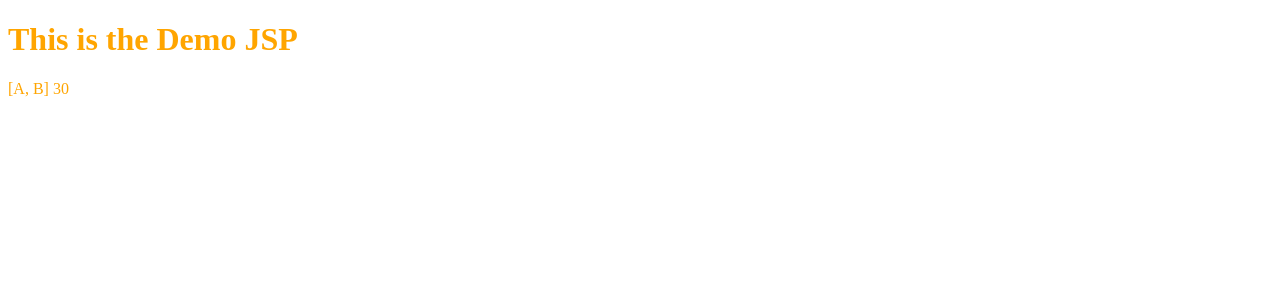
Repository: dannytayade1495/WEJM3
Page: http://localhost/servlets/TagDemo.jsp
The author's editor kept a copy of each file at every save. The page is drawn from the files as they stood at one save, then again after a run of saves.
The browser window is 1280 px wide. The pictures show the whole page.
The page is served by Tomcat 9. Other server files are loaded and not shown.

Above is the page before, as saved 2022-05-31 08:06:20.

### servlets/src/main/webapp/TagDemo.jsp
<%@page import="java.util.ArrayList"%>
<%@page import="java.util.List"%>
<%@ page language="java" contentType="text/html; charset=ISO-8859-1"
	pageEncoding="ISO-8859-1"%>
<%-- <%!String url = "https://www.google.co.in";%>
<%
response.sendRedirect(url);
%> --%>
<!DOCTYPE html>
<html>
<head>
<meta charset="ISO-8859-1">
<title>Tags Demo</title>
</head>
<body style="color: orange;">
	<h1>This is the Demo JSP</h1>
	<%!List<String> list = new ArrayList<String>();%>
	<%
	list.add("A");
	list.add("B");
	%>
	<%=list%>
	<%!static int a, b, c;%>
	<%!public static void sum() {
		a = 10;
		b = 20;
		c = a + b;
	}%>
	<%
	sum();
	%>
	<%=c%>
</body>
</html>

### servlets/src/main/webapp/DemoJsp1.jsp
<%@ page language="java" contentType="text/html; charset=ISO-8859-1"
	pageEncoding="ISO-8859-1"%>
<!DOCTYPE html>
<html>
<head>
<meta charset="ISO-8859-1">
<title>Insert title here</title>
</head>
<body>
	<h1 style="color: purple;">
	This is Demo JSP #1</h1>
</body>
</html>

After the next 2 saves:
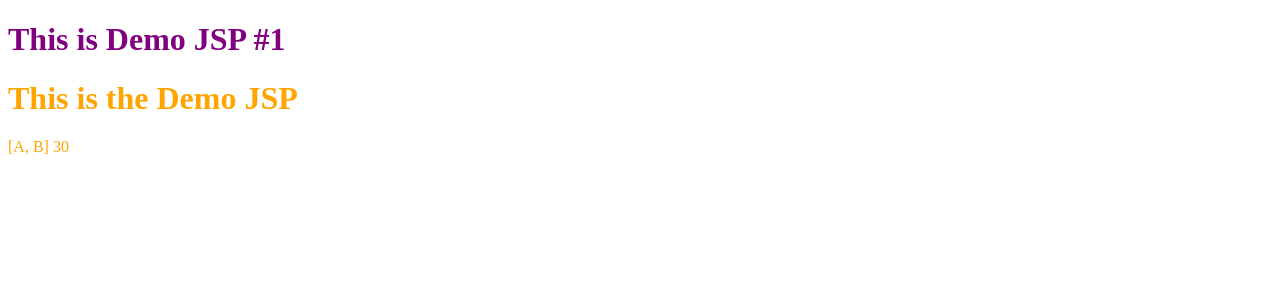
The 2 saves are shown as one change because 1 did not build or start.
The last was saved 57 s later.
--- a/servlets/src/main/webapp/TagDemo.jsp
+++ b/servlets/src/main/webapp/TagDemo.jsp
@@ -1,5 +1,6 @@
 <%@page import="java.util.ArrayList"%>
 <%@page import="java.util.List"%>
+<jsp:include page="DemoJsp1.jsp"/>
 <%@ page language="java" contentType="text/html; charset=ISO-8859-1"
 	pageEncoding="ISO-8859-1"%>
 <%-- <%!String url = "https://www.google.co.in";%>
